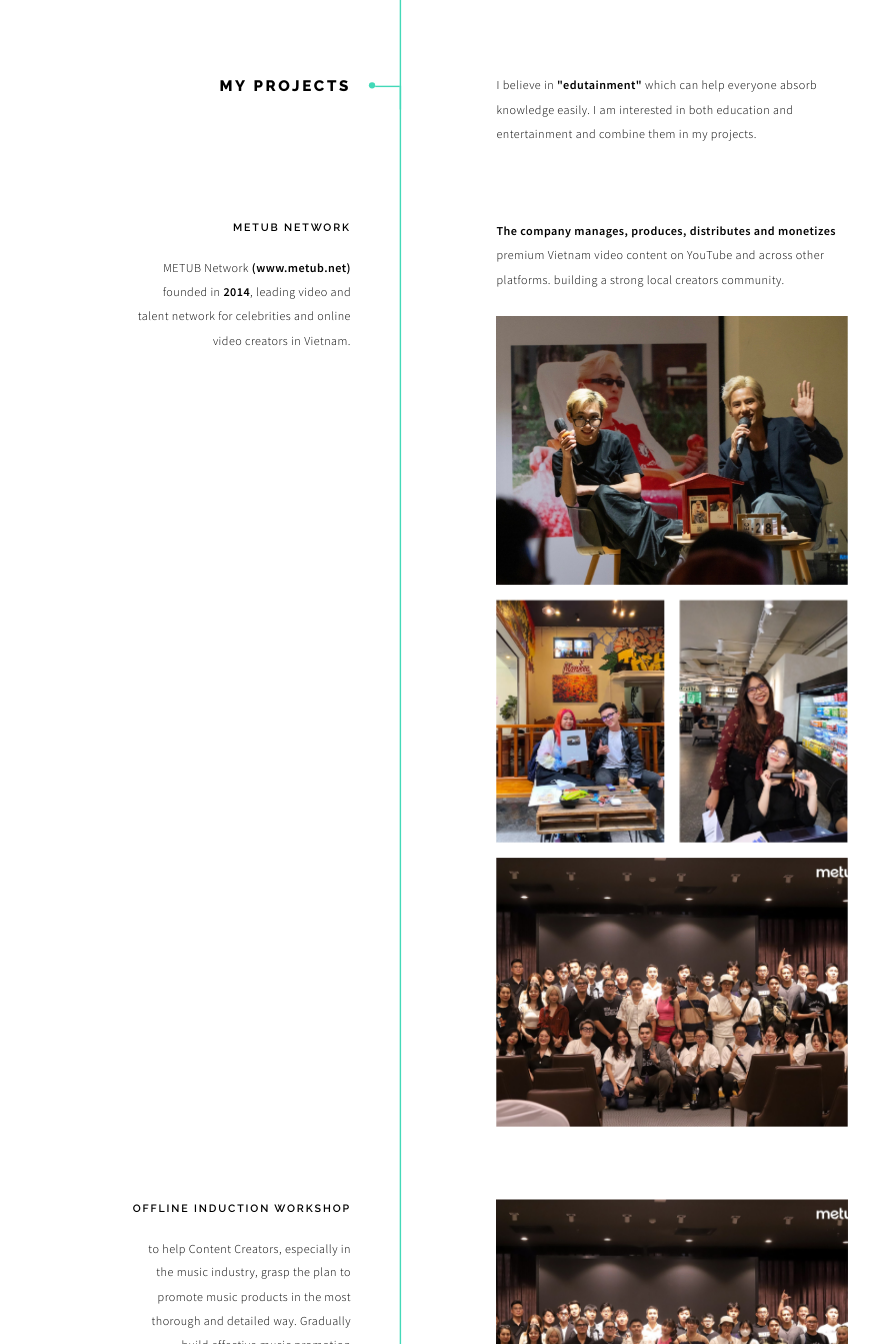
Repository: leonardin999/linh-porfolios
Page: index.html
The author's editor kept a copy of each file at every save. The page is drawn from the files as they stood at one save, then again after the next save.
The browser window is 1280 px wide. The pictures show the part of the page from y = 2799 to 4719 px (the page is 8976 px tall), at 70% of full size.

Above is the page before, as saved 2023-01-24 21:39:57.

After the next save:
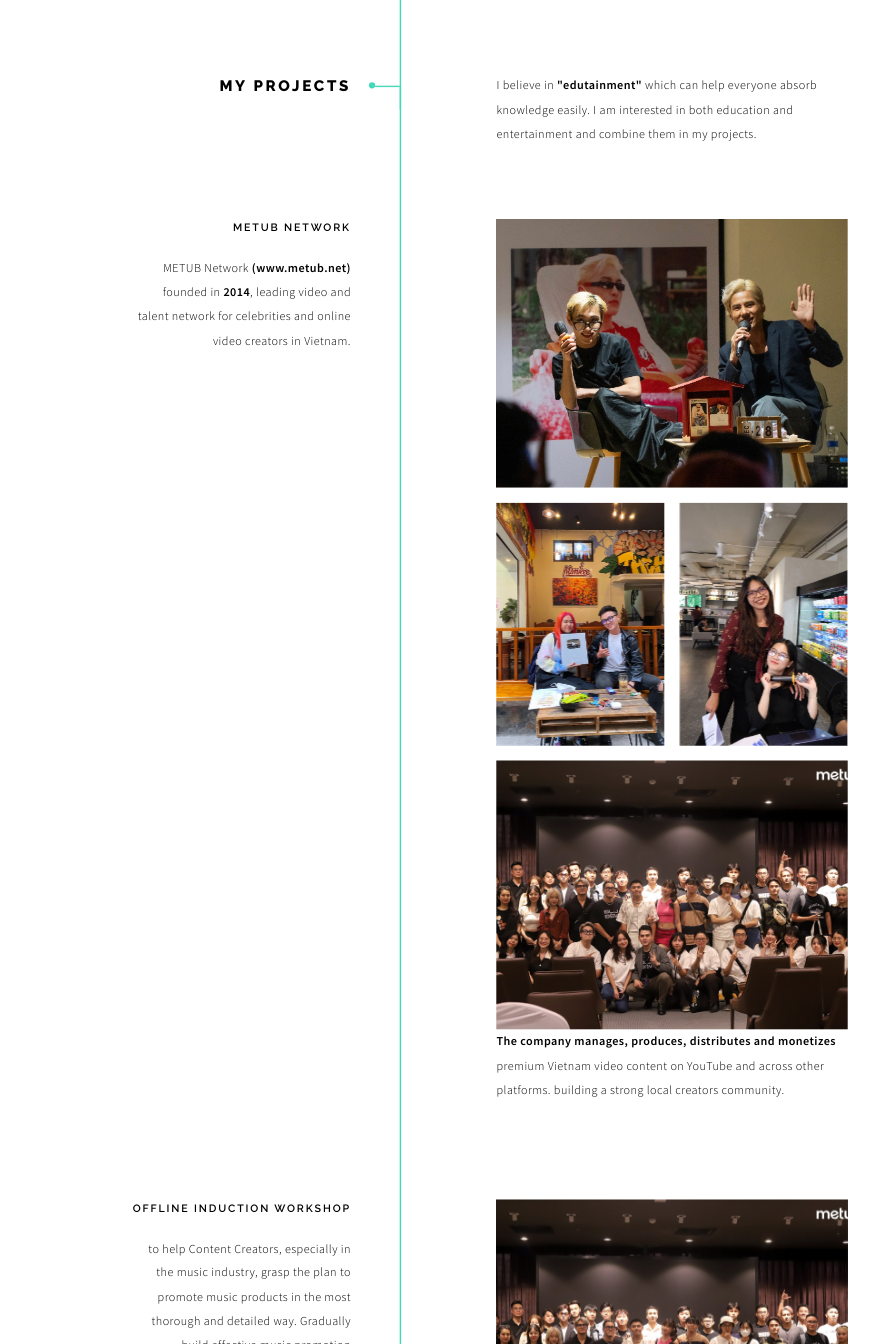
Saved 36 s later.
--- a/index.html
+++ b/index.html
@@ -105,7 +105,6 @@
               <p>METUB Network <strong>(www.metub.net)</strong> founded in <strong>2014</strong>, leading video and talent network for celebrities and online video creators in Vietnam.</p>
             </header>
             <div class="content">
-              <p><strong>The company manages, produces, distributes and monetizes</strong> premium Vietnam video content on YouTube and across other platforms. building a strong local creators community.</p>
               <div class="gallery">
                 <a href="images/gallery/fulls/01.jpg" class="landscape"
                   ><img src="images/gallery/thumbs/01.jpg" alt=""
@@ -120,6 +119,7 @@
                   ><img src="images/gallery/thumbs/04.jpg" alt=""
                 /></a>
               </div>
+              <p><strong>The company manages, produces, distributes and monetizes</strong> premium Vietnam video content on YouTube and across other platforms. building a strong local creators community.</p>
             </div>
           </section>
 
@@ -193,12 +193,12 @@
             <p>Induction Travel category with Ninh TiTo and Tung Chill</p>
           </header>
           <div class="content">
-            <p>share Vietnamese behavior trends in the summer of 2022, how to optimize videos effectively and help creators gain more practical knowledge from 2 guest speakers</p>
             <div class="gallery">
               <a href="images/gallery/fulls/08.jpg" class="landscape"
                 ><img class="custom1" src="images/gallery/thumbs/08.jpg" alt=""
               /></a>
             </div>
+            <p>share Vietnamese behavior trends in the summer of 2022, how to optimize videos effectively and help creators gain more practical knowledge from 2 guest speakers</p>
           </div>
         </section>
 
